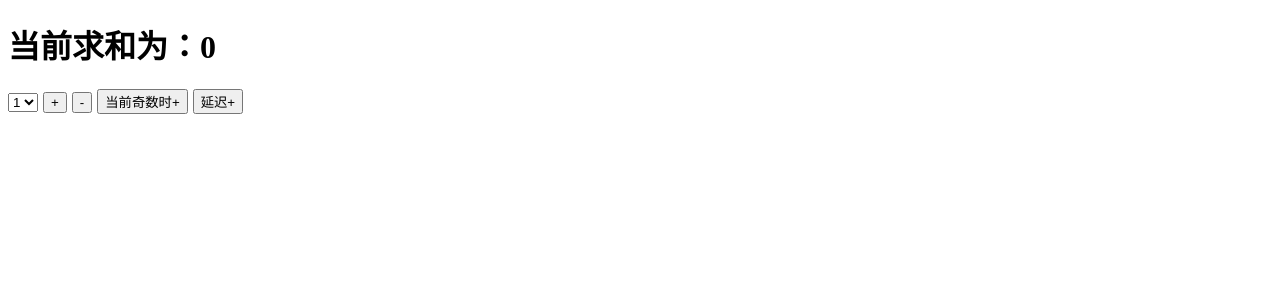
Repository: WAY-C/JSCodes
Page: / (app in Vue/24求和案例_vuex/count/)
These files come from the project's save history. The page is drawn as it stood at one moment and after a run of saves; the edit follows.
The browser window is 1280 px wide. The pictures show the whole page.
The project was rebuilt for these pictures with package versions that can differ from the ones it lists, and the page was loaded fresh each time.

Above is the page before, as saved 2021-09-20 16:43:37.

### Vue/24求和案例_vuex/count/src/main.js
import Vue from 'vue'
import App from './App.vue'
import store from './store'

Vue.config.productionTip = false

new Vue({
  render: h => h(App),
  store,
  beforeCreate() {
    Vue.prototype.$bus = this
  }
}).$mount('#app')

### Vue/24求和案例_vuex/count/src/App.vue
<template>
  <div>
    <Count />
  </div>
</template>

<script>
import Count from "./components/Count";
export default {
  name: "App",
  components: { Count },
  mounted() {
    console.log("App", this);
  },
};
</script>

<style>
</style>

### Vue/24求和案例_vuex/count/src/store/index.js
// 该文件用于创建vuex中最为核心的store
// 引入Vue
import Vue from 'vue'
// 引入Vuex
import Vuex from 'vuex'
// 应用Vuex插件
Vue.use(Vuex)

// 准备action--用于响应组件中的动作
const actions = {}
// 准备mutations--用于操作数据（state）
const mutations = {}
// 准备state--用于存储数据
const state = {
    sum: 0
}
// 准备getters--用于将state中的数据进行加工
const getters = {
    tenTimesSum() {
        return state.sum * 10;
    }
}

// 创建并暴露store
export default new Vuex.Store({
    actions,
    mutations,
    state,
    getters,
})

// // 创建store
// const store = new Vuex.Store({
//     actions:actions,
//     mutations:mutations,
//     state:state,
// })

// // 暴露（导出）store
// export default store

### Vue/24求和案例_vuex/count/src/components/Count.vue
<template>
  <div>
    <h1>当前求和为：{{ sum }}</h1>
    <select v-model.number="n">
      <option value="1">1</option>
      <option value="2">2</option>
      <option value="3">3</option>
    </select>
    <button @click="addition">+</button>
    <button @click="subtraction">-</button>
    <button @click="additionOdd">当前奇数时+</button>
    <button @click="additionWait">延迟+</button>
  </div>
</template>

<script>
export default {
  name: "Count",
  data() {
    return {
      n: 1, //   当前选择的数字
      sum: 0, //   当前和
    };
  },
  methods: {
    addition() {
      this.sum += this.n;
    },
    subtraction() {
      this.sum -= this.n;
    },
    additionOdd() {
      if (this.sum % 2) {
        this.sum += this.n;
      }
    },
    additionWait() {
      setTimeout(() => {
        this.sum += this.n;
      }, 500);
    },
  },
  mounted() {
    console.log("Count", this);
  },
};
</script>

<style>
button {
  margin-left: 5px;
}
</style>

Loaded but not shown: Vue/24求和案例_vuex/count/public/index.html (common file)

After the next 2 saves:
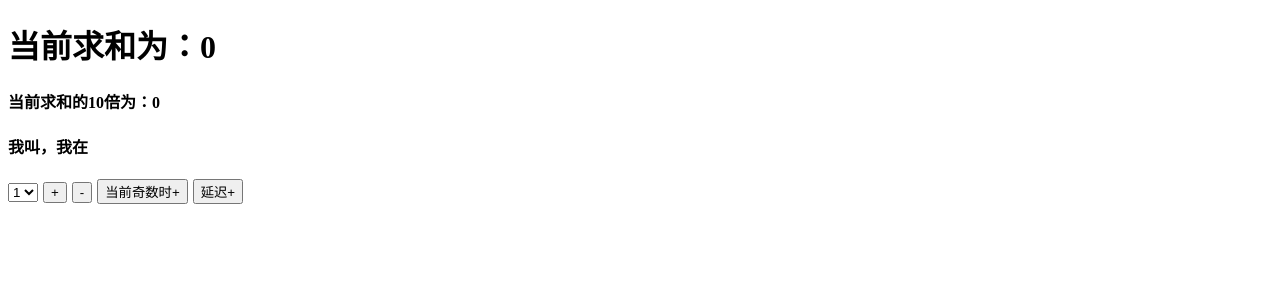
The 2 saves are shown as one change because 1 did not build or start.
The last was saved 5 min 13 s later.
--- a/Vue/24求和案例_vuex/count/src/components/Count.vue
+++ b/Vue/24求和案例_vuex/count/src/components/Count.vue
@@ -1,6 +1,8 @@
 <template>
   <div>
     <h1>当前求和为：{{ sum }}</h1>
+    <h4>当前求和的10倍为：{{ tenTimesSum }}</h4>
+    <h4>我叫{{ name }}，我在{{ address }}</h4>
     <select v-model.number="n">
       <option value="1">1</option>
       <option value="2">2</option>
@@ -14,31 +16,21 @@
 </template>
 
 <script>
+import { mapState, mapGetters, mapActions, mapMutations } from "vuex";
 export default {
   name: "Count",
   data() {
     return {
       n: 1, //   当前选择的数字
-      sum: 0, //   当前和
     };
   },
+  computed: {
+    ...mapState(["sum", "name", "address"]),
+    ...mapGetters(["tenTimesSum"]),
+  },
   methods: {
-    addition() {
-      this.sum += this.n;
-    },
-    subtraction() {
-      this.sum -= this.n;
-    },
-    additionOdd() {
-      if (this.sum % 2) {
-        this.sum += this.n;
-      }
-    },
-    additionWait() {
-      setTimeout(() => {
-        this.sum += this.n;
-      }, 500);
-    },
+    ...mapMutations(["addition", "subtraction"]),
+    ...mapActions(["additionWait", "additionOdd"]),
   },
   mounted() {
     console.log("Count", this);
